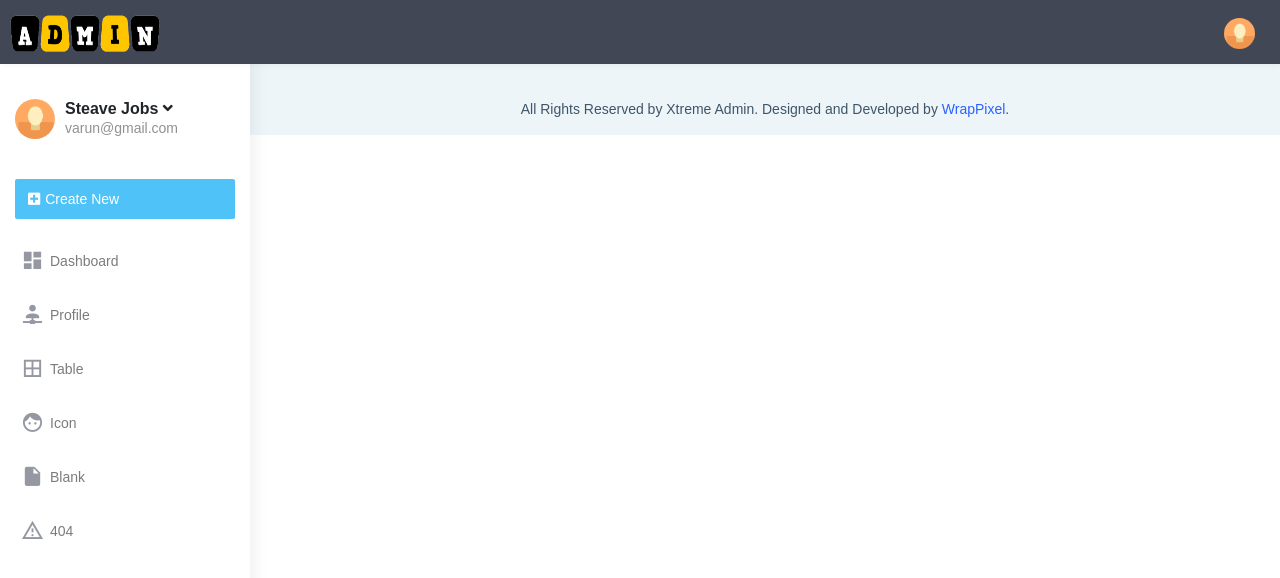
Repository: thaittrinh/web_ban_hang
Page: http://localhost/layout_admin
An editor plug-in stored every save of this project. The page is shown before and after the next save, followed by the edit.
The browser window is 1280 px wide. The pictures show the whole page.
Some web fonts or font styles are not loaded; a fallback is used. The page is this project's Thymeleaf template; nobody is signed in. The template is opened directly, without the code that normally fills it, so the values that code supplies are empty.

Above is the page before, as saved 2020-04-11 02:15:58.

### ShopOnline/src/main/resources/templates/layout_admin.html
<!DOCTYPE html>
<html dir="ltr" xmlns="http://www.w3.org/1999/xhtml"
				xmlns:th="http://www.thymeleaf.org"
				xmlns:layout="http://www.ultraq.net.nz/web/thymeleaf/layout">

<head th:replace="admin/fragments/head.html"></head>

<body>

    <div class="preloader">
        <div class="lds-ripple">
            <div class="lds-pos"></div>
            <div class="lds-pos"></div>
        </div>
    </div>
    <div id="main-wrapper" data-layout="vertical" data-navbarbg="skin5" data-sidebartype="full" data-sidebar-position="absolute" data-header-position="absolute" data-boxed-layout="full">

        <header  th:replace="admin/fragments/header.html"></header>
        <aside  th:replace="admin/fragments/aside.html"></aside>

        <div class="page-wrapper">
            <div class="page-breadcrumb">
                <div class="row align-items-center">
                   <div class="container-fluid">
                   		<div class="row" layout:fragment="content_admin"></div>
                   </div>
                </div>
            </div>
            <footer th:replace="admin/fragments/footer.html"> </footer>
        </div>
    </div>

    <script th:src="@{/assits/jquery/jquery.min.js}"></script>
    <script th:src="@{/assits/bootstrap/js/bootstrap.min.js}"></script>
    <script th:src="@{/assits/admin/teamplate/js/app-style-switcher.js}"></script>
    <script th:src="@{/assits/admin/teamplate/js/waves.js}"></script>
    <script th:src="@{/assits/admin/teamplate/js/sidebarmenu.js}"></script>
    <script th:src="@{/assits/admin/teamplate/js/custom.js}"></script>
    <script th:src="@{/assits/admin/js/jquery.twbsPagination.js}"></script>
 	<script th:src="@{/assits/admin/js/home.js}"></script>


</body>

</html>

### ShopOnline/src/main/resources/templates/admin/fragments/head.html
  <meta charset="utf-8">
    <meta http-equiv="X-UA-Compatible" content="IE=edge">
    <!-- Tell the browser to be responsive to screen width -->
    <meta name="viewport" content="width=device-width, initial-scale=1">
    <meta name="description" content="">
    <meta name="author" content="">
  <link rel="icon" type="image/png" sizes="24x24" th:href="@{/assits/admin/images/LogoAdmin.png}">
    <title>Trang Quản lý</title>
    <link rel="stylesheet" th:href="@{/assits/bootstrap/css/bootstrap.min.css}"/>
    <link th:href="@{/assits/admin/teamplate/css/chartist.min.css}" rel="stylesheet">

     <link th:href="@{/assits/admin/teamplate/css/style.min.css}" rel="stylesheet">
     <script type="text/javascript" th:inline="javascript">
			 const URL  = [[@{'/'}]]; 	 // url gốc
	</script>

### ShopOnline/src/main/resources/templates/admin/fragments/header.html
<header class="topbar" data-navbarbg="skin5">
            <nav class="navbar top-navbar navbar-expand-md navbar-dark">
                <div class="navbar-header" data-logobg="skin5">
                    <!-- ============================================================== -->
                    <!-- Logo -->
                    <!-- ============================================================== -->
                    <a class="navbar-brand" href="index.html">
                        <!-- Logo icon -->
                        <b class="logo-icon">
                            <img th:src="@{/assits/admin/images/admin_text.png}" alt="homepage" width="150" height="50" />
                        </b>
                    </a>
                    <!-- ============================================================== -->
                    <!-- End Logo -->
                    <!-- ============================================================== -->
                    <!-- This is for the sidebar toggle which is visible on mobile only -->


                    <a class="nav-toggler waves-effect waves-light d-block d-md-none" href="javascript:void(0)"><i class="ti-menu ti-close"></i></a>
                </div>
                <!-- ============================================================== -->
                <!-- End Logo -->
                <!-- ============================================================== -->
                <div class="navbar-collapse collapse" id="navbarSupportedContent" data-navbarbg="skin5">
                    <!-- ============================================================== -->
                    <!-- toggle and nav items -->
                    <!-- ============================================================== -->
                    <ul class="navbar-nav float-left mr-auto">


                    </ul>
                    <!-- ============================================================== -->
                    <!-- Right side toggle and nav items -->
                    <!-- ============================================================== -->
                    <ul class="navbar-nav float-right">
                        <!-- ============================================================== -->
                        <!-- User profile and search -->
                        <!-- ============================================================== -->
                        <li class="nav-item dropdown">
                            <a class="nav-link dropdown-toggle text-muted waves-effect waves-dark pro-pic" href="" data-toggle="dropdown" aria-haspopup="true" aria-expanded="false"><img th:src="@{/assits/images/admin/1.jpg}" alt="user" class="rounded-circle" width="31"></a>
                            <div class="dropdown-menu dropdown-menu-right user-dd animated">
                                <a class="dropdown-item" href="javascript:void(0)"><i class="ti-user m-r-5 m-l-5"></i> My Profile</a>
                                <a class="dropdown-item" href="javascript:void(0)"><i class="ti-wallet m-r-5 m-l-5"></i> My Balance</a>
                                <a class="dropdown-item" href="javascript:void(0)"><i class="ti-email m-r-5 m-l-5"></i> Inbox</a>
                            </div>
                        </li>
                    </ul>
                </div>
            </nav>
        </header>

### ShopOnline/src/main/resources/templates/admin/fragments/aside.html

<aside class="left-sidebar" data-sidebarbg="skin6">
<!-- Sidebar scroll-->
            <div class="scroll-sidebar">
                <!-- Sidebar navigation-->
                <nav class="sidebar-nav">
                    <ul id="sidebarnav">
                        <!-- User Profile-->
                        <li>
                            <!-- User Profile-->
                            <div class="user-profile d-flex no-block dropdown m-t-20">
                                <div class="user-pic"><img th:src="@{/assits/images/admin/1.jpg}" alt="users" class="rounded-circle" width="40" /></div>
                                <div class="user-content hide-menu m-l-10">
                                    <a href="javascript:void(0)" class="" id="Userdd" role="button" data-toggle="dropdown" aria-haspopup="true" aria-expanded="false">
                                        <h5 class="m-b-0 user-name font-medium">Steave Jobs <i class="fa fa-angle-down"></i></h5>
                                        <span class="op-5 user-email">varun@gmail.com</span>
                                    </a>
                                    <div class="dropdown-menu dropdown-menu-right" aria-labelledby="Userdd">
                                        <a class="dropdown-item" href="javascript:void(0)"><i class="ti-user m-r-5 m-l-5"></i> My Profile</a>
                                        <a class="dropdown-item" href="javascript:void(0)"><i class="ti-wallet m-r-5 m-l-5"></i> My Balance</a>
                                        <a class="dropdown-item" href="javascript:void(0)"><i class="ti-email m-r-5 m-l-5"></i> Inbox</a>
                                        <div class="dropdown-divider"></div>
                                        <a class="dropdown-item" href="javascript:void(0)"><i class="ti-settings m-r-5 m-l-5"></i> Account Setting</a>
                                        <div class="dropdown-divider"></div>
                                        <a class="dropdown-item" href="javascript:void(0)"><i class="fa fa-power-off m-r-5 m-l-5"></i> Logout</a>
                                    </div>
                                </div>
                            </div>
                            <!-- End User Profile-->
                        </li>
                        <li class="p-15 m-t-10"><a href="javascript:void(0)" class="btn btn-block create-btn text-white no-block d-flex align-items-center"><i class="fa fa-plus-square"></i> <span class="hide-menu m-l-5">Create New</span> </a></li>
                        <!-- User Profile-->
                        <li class="sidebar-item"> <a class="sidebar-link waves-effect waves-dark sidebar-link" href="index.html" aria-expanded="false"><i class="mdi mdi-view-dashboard"></i><span class="hide-menu">Dashboard</span></a></li>
                        <li class="sidebar-item"> <a class="sidebar-link waves-effect waves-dark sidebar-link" href="pages-profile.html" aria-expanded="false"><i class="mdi mdi-account-network"></i><span class="hide-menu">Profile</span></a></li>
                        <li class="sidebar-item"> <a class="sidebar-link waves-effect waves-dark sidebar-link" href="table-basic.html" aria-expanded="false"><i class="mdi mdi-border-all"></i><span class="hide-menu">Table</span></a></li>
                        <li class="sidebar-item"> <a class="sidebar-link waves-effect waves-dark sidebar-link" href="icon-material.html" aria-expanded="false"><i class="mdi mdi-face"></i><span class="hide-menu">Icon</span></a></li>
                        <li class="sidebar-item"> <a class="sidebar-link waves-effect waves-dark sidebar-link" href="starter-kit.html" aria-expanded="false"><i class="mdi mdi-file"></i><span class="hide-menu">Blank</span></a></li>
                        <li class="sidebar-item"> <a class="sidebar-link waves-effect waves-dark sidebar-link" href="error-404.html" aria-expanded="false"><i class="mdi mdi-alert-outline"></i><span class="hide-menu">404</span></a></li>

                    </ul>

                </nav>
                <!-- End Sidebar navigation -->
            </div>
            <!-- End Sidebar scroll-->
</aside>

### ShopOnline/src/main/resources/templates/admin/fragments/footer.html
 <footer class="footer text-center">
                All Rights Reserved by Xtreme Admin. Designed and Developed by <a href="https://wrappixel.com">WrapPixel</a>.
</footer>

### ShopOnline/src/main/resources/static/assits/admin/teamplate/js/sidebarmenu.js
/*
Template Name: Admin Template
Author: Wrappixel

File: js
*/
// ==============================================================
// Auto select left navbar
// ==============================================================
$(function() {
    "use strict";
     var url = window.location + "";
        var path = url.replace(window.location.protocol + "//" + window.location.host + "/", "");
        var element = $('ul#sidebarnav a').filter(function() {
            return this.href === url || this.href === path;// || url.href.indexOf(this.href) === 0;
        });
        element.parentsUntil(".sidebar-nav").each(function (index)
        {
            if($(this).is("li") && $(this).children("a").length !== 0)
            {
                $(this).children("a").addClass("active");
                $(this).parent("ul#sidebarnav").length === 0
                    ? $(this).addClass("active")
                    : $(this).addClass("selected");
            }
            else if(!$(this).is("ul") && $(this).children("a").length === 0)
            {
                $(this).addClass("selected");

            }
            else if($(this).is("ul")){
                $(this).addClass('in');
            }

        });

    element.addClass("active");
    $('#sidebarnav a').on('click', function (e) {

            if (!$(this).hasClass("active")) {
                // hide any open menus and remove all other classes
                $("ul", $(this).parents("ul:first")).removeClass("in");
                $("a", $(this).parents("ul:first")).removeClass("active");

                // open our new menu and add the open class
                $(this).next("ul").addClass("in");
                $(this).addClass("active");

            }
            else if ($(this).hasClass("active")) {
                $(this).removeClass("active");
                $(this).parents("ul:first").removeClass("active");
                $(this).next("ul").removeClass("in");
            }
    })
    $('#sidebarnav >li >a.has-arrow').on('click', function (e) {
        e.preventDefault();
    });

});

### ShopOnline/src/main/resources/static/assits/admin/teamplate/js/custom.js
$(function() {
    "use strict";

    $(".preloader").fadeOut();
    // this is for close icon when navigation open in mobile view
    $(".nav-toggler").on('click', function() {
        $("#main-wrapper").toggleClass("show-sidebar");
        $(".nav-toggler i").toggleClass("ti-menu");
    });
    $(".search-box a, .search-box .app-search .srh-btn").on('click', function() {
        $(".app-search").toggle(200);
        $(".app-search input").focus();
    });

    // ==============================================================
    // Resize all elements
    // ==============================================================
    $("body, .page-wrapper").trigger("resize");
    $(".page-wrapper").delay(20).show();

    //****************************
    /* This is for the mini-sidebar if width is less then 1170*/
    //****************************
    var setsidebartype = function() {
        var width = (window.innerWidth > 0) ? window.innerWidth : this.screen.width;
        if (width < 1170) {
            $("#main-wrapper").attr("data-sidebartype", "mini-sidebar");
        } else {
            $("#main-wrapper").attr("data-sidebartype", "full");
        }
    };
    $(window).ready(setsidebartype);
    $(window).on("resize", setsidebartype);

});

### ShopOnline/src/main/resources/static/assits/admin/js/home.js

/*<script type="text/javascript" th:inline="javascript">
			 const URL = [[@{'/'}]];
</script>*/
/**
 * Call API
 */

// The GetMapping

  var getConnection = (function(path, func){

	  $.ajax({
		  url : URL + path,
		  type : 'GET',
		  dataType : 'json', // kiểu dữ liệuserver trả về, result là kết quả
	      success : function(result) {// 200 / result đã chuyển từ json về object
		   func(result);
		   },
	      error : function(error) {// 500,400... //console.log(error); //console.log(error.status);

		   }
	});

  });


/*
 * const getMapping = path => { return new Promise((resolve, reject) => {
 * $.ajax({ url : URL + path, type : 'GET', dataType : 'json', success :
 * function(result) { resolve(result); }, error : function(error) {
 * reject(defineError(error)); } }); }); };
 */

// defind error
var defineError = (function(err){
	if(err.status === 500){
		return "Lỗi sever";
	}
	else if(err.status === 400){
		return "Dữ liệu đầu vào bị sai"; // bad request;
	}
	else if(err.status === 404){
		return "Trang yêu cầu không tồn tại"
	}
	else{
		return "Có gì đó sai";
	}
});

// The GetMapping
var postConnection = (function(){



});


// The PutMapping
var putConnection = (function(){



});

// The DeleteMapping
var deletConnection = (function(){



});

Loaded but not shown: ShopOnline/src/main/resources/static/assits/bootstrap/css/bootstrap.min.css (library); ShopOnline/src/main/resources/static/assits/admin/teamplate/css/chartist.min.css (library); ShopOnline/src/main/resources/static/assits/admin/teamplate/css/style.min.css (library); ShopOnline/src/main/resources/static/assits/jquery/jquery.min.js (library); ShopOnline/src/main/resources/static/assits/admin/teamplate/css/icons/font-awesome/css/fontawesome-all.css (library); ShopOnline/src/main/resources/static/assits/admin/teamplate/css/icons/themify-icons/themify-icons.css (common file); ShopOnline/src/main/resources/static/assits/admin/teamplate/css/icons/material-design-iconic-font/css/materialdesignicons.min.css (library); ShopOnline/src/main/resources/static/assits/admin/teamplate/css/icons/weather-icons/css/weather-icons.min.css (library); ShopOnline/src/main/resources/static/assits/bootstrap/js/bootstrap.min.js (library); ShopOnline/src/main/resources/static/assits/admin/teamplate/js/app-style-switcher.js (common file); ShopOnline/src/main/resources/static/assits/admin/teamplate/js/waves.js (library); ShopOnline/src/main/resources/static/assits/admin/js/jquery.twbsPagination.js (library)

After the next save:
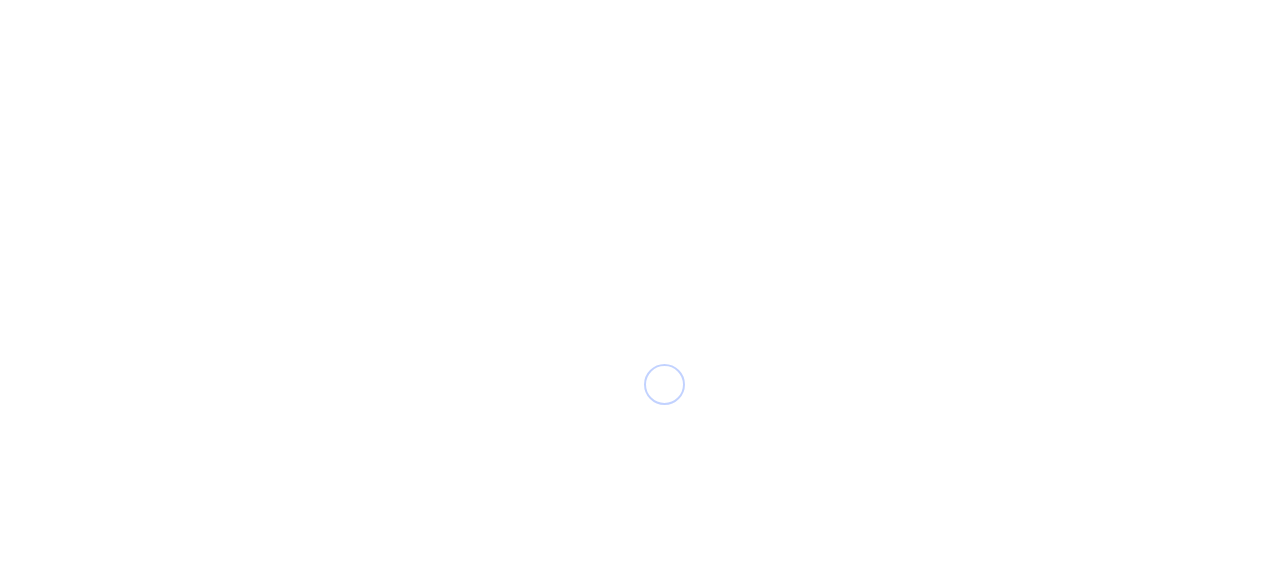
Console error: TypeError: Cannot read properties of undefined (reading 'fn')
Saved 107 min 50 s later.
--- a/ShopOnline/src/main/resources/templates/layout_admin.html
+++ b/ShopOnline/src/main/resources/templates/layout_admin.html
@@ -30,7 +30,7 @@
         </div>
     </div>
 
-    <script th:src="@{/assits/jquery/jquery.min.js}"></script>
+
     <script th:src="@{/assits/bootstrap/js/bootstrap.min.js}"></script>
     <script th:src="@{/assits/admin/teamplate/js/app-style-switcher.js}"></script>
     <script th:src="@{/assits/admin/teamplate/js/waves.js}"></script>

After the save that followed:
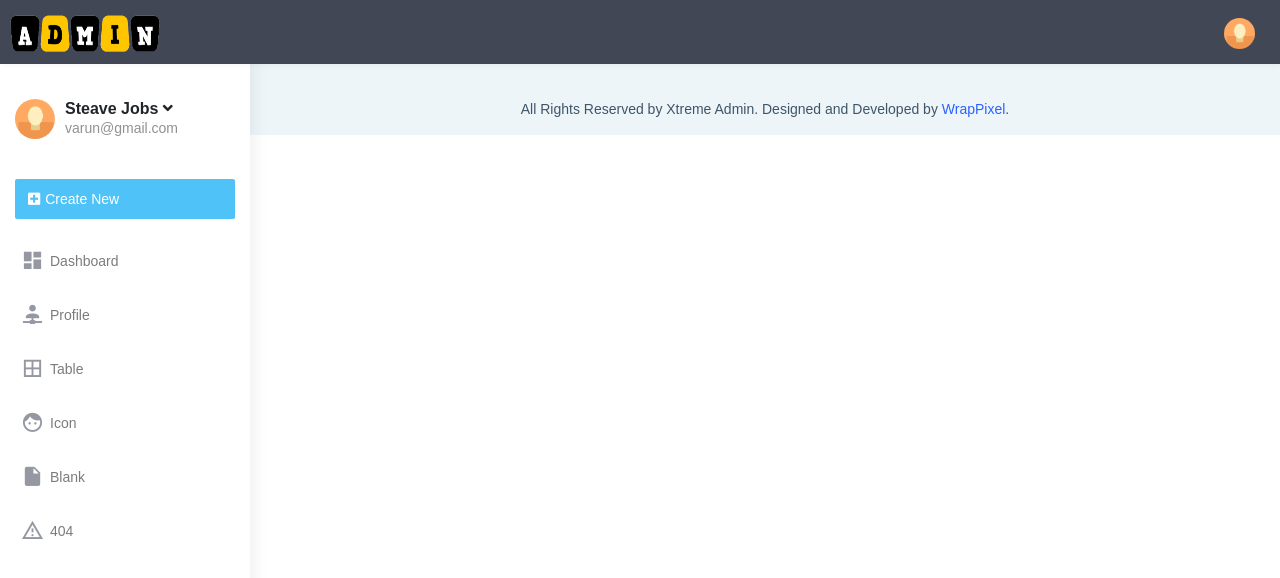
The error is gone.
Saved 10 s later.
--- a/ShopOnline/src/main/resources/templates/admin/fragments/head.html
+++ b/ShopOnline/src/main/resources/templates/admin/fragments/head.html
@@ -10,6 +10,7 @@
     <link th:href="@{/assits/admin/teamplate/css/chartist.min.css}" rel="stylesheet">
 
      <link th:href="@{/assits/admin/teamplate/css/style.min.css}" rel="stylesheet">
+     <script th:src="@{/assits/jquery/jquery.min.js}"></script>
      <script type="text/javascript" th:inline="javascript">
 			 const URL  = [[@{'/'}]]; 	 // url gốc
 	</script>
